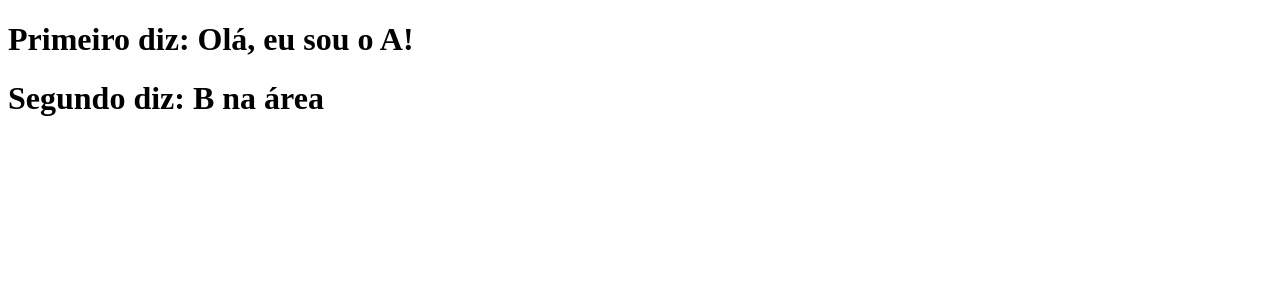
Repository: eversonps/react-fundamentos
Page: / (app in v4/)
These files come from the project's save history. The page is drawn as it stood at one moment and after the next save; the edit follows.
The browser window is 1280 px wide. The pictures show the whole page.
The project was rebuilt for these pictures with package versions that can differ from the ones it lists, and the page was loaded fresh each time.

Above is the page before, as saved 2022-03-24 16:09:53.

After the next save:
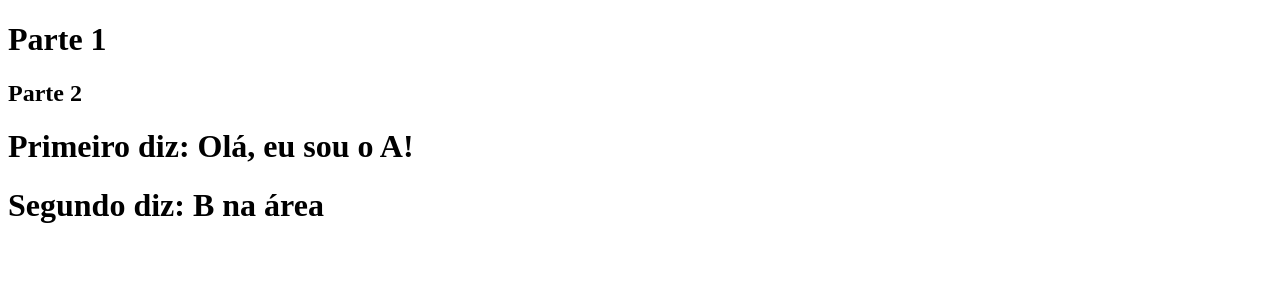
Saved 22 s later.
--- a/v4/src/index.js
+++ b/v4/src/index.js
@@ -6,6 +6,7 @@ import MultiElementos from "./componentes/MultiElementos"
 const elemento = document.getElementById("root")
 ReactDOM.render(
     <div>
+        <MultiElementos></MultiElementos>
         <CompA valor="Olá, eu sou o A!"></CompA>
         <CompB valor="B na área"></CompB>
     </div>,
